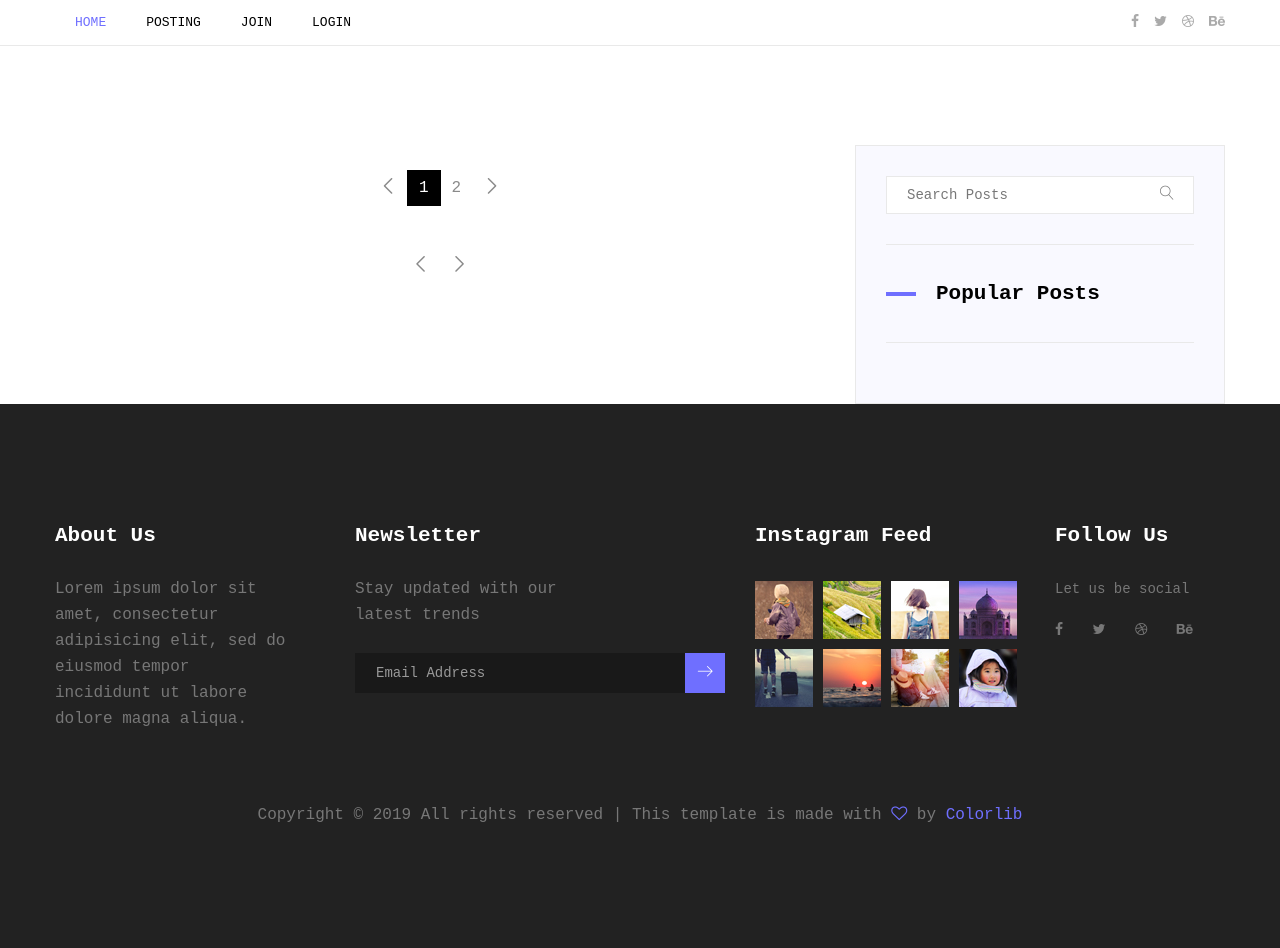
Repository: heonyKim/JSP
Page: http://localhost/blog/board?cmd=list&page=1
An editor plug-in stored every save of this project. The page is shown before and after the next save, followed by the edit.
The browser window is 1280 px wide. The pictures show the whole page.
Some web fonts or font styles are not loaded; a fallback is used. The page is served by Tomcat 9. Other server files are loaded and not shown. Queries for data that is not in the repository find no rows.

Above is the page before, as saved 2019-11-01 00:33:00.

### blog_project/blog/WebContent/board/list.jsp
<%@ page language="java" contentType="text/html; charset=UTF-8" pageEncoding="UTF-8"%>
<%@ taglib prefix="c" uri="http://java.sun.com/jsp/jstl/core"%>


<!-- import nav.jsp -->
<%@ include file="/include/nav.jsp"%>

<!--================Blog Area =================-->
<section class="blog_area">
	<div class="container">
		<div class="row">
			<div class="col-lg-8">
				<div class="blog_left_sidebar">


					<!-- 페이징 하기 -->
					<nav class="blog-pagination justify-content-center d-flex">
						<ul class="pagination">

							<c:if test="${param.page gt 0}">
							<li class="page-item"><a href="/blog/board?cmd=list&page=${param.page-1}" class="page-link" aria-label="Previous"> <span aria-hidden="true"> <span class="lnr lnr-chevron-left"></span>
								</span>
							</a>
							</li>
							</c:if>

							<c:if test="${param.page-1 gt 0}">
								<li class="page-item"><a href="#" class="page-link">${param.page-1}</a></li>
							</c:if>

							<li class="page-item active"><a href="#" class="page-link">${param.page}</a></li>
							<li class="page-item"><a href="#" class="page-link">${param.page+1}</a></li>



							<li class="page-item"><a href="/blog/board?cmd=list&page=${param.page+1}" class="page-link" aria-label="Next"> <span aria-hidden="true"> <span class="lnr lnr-chevron-right"></span>
								</span>
							</a></li>
						</ul>
					</nav>
					<!-- 페이징 끝 -->

					<c:forEach var="board" items="${boards}">
						<!--시작-->
						<article class="blog_style1">
							<div class="blog_img">
								<img class="img-fluid" style="width: 100%; max-height: 340px;" src="${board.previewImg}" alt="">
							</div>
							<div class="blog_text">
								<div class="blog_text_inner">
									<div class="cat">
										<a class="cat_btn" href="#">${board.username }</a> <a href="#"><i class="fa fa-calendar" aria-hidden="true"></i> ${board.createDate }</a> <a href="#"><i class="fa fa-comments-o"
											aria-hidden="true"></i> ${board.readCount }</a>
									</div>
									<a href="#"><h4>${board.title}</h4></a>
									<div class="board_list_content">${board.content }</div>
									<a class="blog_btn" href="/blog/board?cmd=detail&id=${board.id}">Read More</a>
								</div>
							</div>
						</article>
						<!--끄읕 -->
					</c:forEach>


					<!-- 페이징 하기 -->
					<nav class="blog-pagination justify-content-center d-flex">
						<ul class="pagination">
							<li class="page-item"><a href="/blog/board?cmd=list&page=${param.page-1}" class="page-link" aria-label="Previous"> <span aria-hidden="true"> <span class="lnr lnr-chevron-left"></span>
								</span>
							</a></li>

							<li class="page-item"><a href="/blog/board?cmd=list&page=${param.page+1}" class="page-link" aria-label="Next"> <span aria-hidden="true"> <span class="lnr lnr-chevron-right"></span>
								</span>
							</a></li>
						</ul>
					</nav>
					<!-- 페이징 끝 -->

				</div>
			</div>
			<div class="col-lg-4">
				<div class="blog_right_sidebar">
					<aside class="single_sidebar_widget search_widget">
						<div class="input-group">
							<input type="text" class="form-control" placeholder="Search Posts"> <span class="input-group-btn">
								<button class="btn btn-default" type="button">
									<i class="lnr lnr-magnifier"></i>
								</button>
							</span>
						</div>
						<!-- /input-group -->
						<div class="br"></div>
					</aside>

					<aside class="single_sidebar_widget popular_post_widget">
						<h3 class="widget_title">Popular Posts</h3>


						<!-- 인기게시물 TOP3 -->
						<c:forEach var="board" items="${hotBoards}">

							<div class="media post_item">
								<img src="${board.previewImg}" width="100px" height="60px" alt="post">
								<div class="media-body">
									<a href="/blog/board?cmd=detail&id=${board.id}"><h3>${board.title }</h3></a>
									<p>${board.createDate}</p>
								</div>
							</div>

						</c:forEach>
						<!-- 인기게시물 TOP3 -->


						<div class="br"></div>
					</aside>
				</div>
			</div>
		</div>
	</div>
</section>


<!--================Blog Area =================-->

<!-- import footer.jsp -->
<%@ include file="/include/footer.jsp"%>

### blog_project/blog/WebContent/include/nav.jsp
<%@ page language="java" contentType="text/html; charset=UTF-8" pageEncoding="UTF-8"%>
<%@ taglib prefix="c" uri="http://java.sun.com/jsp/jstl/core"%>
<!doctype html>
<html lang="en">
<head>
<!-- Required meta tags -->
<meta charset="utf-8">
<meta name="viewport" content="width=device-width, initial-scale=1, shrink-to-fit=no">
<link rel="icon" href="/blog/img/favicon.png" type="image/png">
<title>Blog</title>
<!-- Bootstrap CSS -->
<link rel="stylesheet" href="/blog/css/bootstrap.css">
<link rel="stylesheet" href="/blog/vendors/linericon/style.css">
<link rel="stylesheet" href="/blog/css/font-awesome.min.css">
<link rel="stylesheet" href="/blog/vendors/owl-carousel/owl.carousel.min.css">
<link rel="stylesheet" href="/blog/vendors/lightbox/simpleLightbox.css">
<link rel="stylesheet" href="/blog/vendors/nice-select/css/nice-select.css">
<link rel="stylesheet" href="/blog/vendors/animate-css/animate.css">
<link rel="stylesheet" href="/blog/vendors/jquery-ui/jquery-ui.css">
<!-- main css -->
<link rel="stylesheet" href="/blog/css/style.css">
<link rel="stylesheet" href="/blog/css/responsive.css">
<style>
.board_list_content {
	display:block;
	display: -webkit-box;
	-webkit-box-orient: vertical;
	text-align: left;
	overflow: hidden;
	text-overflow: ellipsis;
	white-space: normal;
	line-height: 1.4;
	height : 2.6em;
	-webkit-line-clamp: 2;
	margin-bottom: 20px;
	word-break: break-all;
}
</style>
</head>
<body>

	<!--================Header Menu Area =================-->
	<header class="header_area">
		<div class="main_menu">
			<nav class="navbar navbar-expand-lg navbar-light">
				<div class="container box_1620">
					<!-- Brand and toggle get grouped for better mobile display -->
					<a class="navbar-brand logo_h" href="/blog/index.jsp"><img src="/blog/img/logo.png" alt=""></a>
					<button class="navbar-toggler" type="button" data-toggle="collapse" data-target="#navbarSupportedContent" aria-controls="navbarSupportedContent" aria-expanded="false"
						aria-label="Toggle navigation">
						<span class="icon-bar"></span> <span class="icon-bar"></span> <span class="icon-bar"></span>
					</button>
					<!-- Collect the nav links, forms, and other content for toggling -->
					<div class="collapse navbar-collapse offset" id="navbarSupportedContent">
						<ul class="nav navbar-nav menu_nav">
							<li class="nav-item active"><a class="nav-link" href="/blog/index.jsp">Home</a></li>
							<li class="nav-item"><a class="nav-link" href="/blog/board/write.jsp">Posting</a></li>




							<c:choose>
								<c:when test="${empty sessionScope.user}">
									<li class="nav-item"><a class="nav-link" href="/blog/user/join.jsp">Join</a></li>
									<li class="nav-item"><a class="nav-link" href="/blog/user/login.jsp">LOGIN</a></li>

								</c:when>
								<c:otherwise>
									<li class="nav-item"><a class="nav-link" href="/blog/user/update.jsp">PROFILE</a></li>
									<li class="nav-item"><a class="nav-link" href="/blog/user?cmd=logout">LOGOUT</a></li>
								</c:otherwise>
							</c:choose>



						</ul>
						<ul class="nav navbar-nav navbar-right header_social ml-auto">
							<li class="nav-item"><a href="#"><i class="fa fa-facebook"></i></a></li>
							<li class="nav-item"><a href="#"><i class="fa fa-twitter"></i></a></li>
							<li class="nav-item"><a href="#"><i class="fa fa-dribbble"></i></a></li>
							<li class="nav-item"><a href="#"><i class="fa fa-behance"></i></a></li>
						</ul>
					</div>
				</div>
			</nav>
		</div>

	</header>
	<!--================Header Menu Area =================-->

### blog_project/blog/WebContent/include/footer.jsp
<%@ page language="java" contentType="text/html; charset=UTF-8" pageEncoding="UTF-8"%>
<!DOCTYPE html>
<html>
<head>
<meta charset="UTF-8">
<title>Insert title here</title>
</head>
<body>
	<!--================ start footer Area  =================-->
	<footer class="footer-area p_120">
		<div class="container">
			<div class="row">
				<div class="col-lg-3  col-md-6 col-sm-6">
					<div class="single-footer-widget">
						<h6 class="footer_title">About Us</h6>
						<p>Lorem ipsum dolor sit amet, consectetur adipisicing elit, sed do eiusmod tempor incididunt ut labore dolore magna aliqua.</p>
					</div>
				</div>
				<div class="col-lg-4 col-md-6 col-sm-6">
					<div class="single-footer-widget">
						<h6 class="footer_title">Newsletter</h6>
						<p>Stay updated with our latest trends</p>
						<div id="mc_embed_signup">
							<form target="_blank" action="https://spondonit.us12.list-manage.com/subscribe/post?u=1462626880ade1ac87bd9c93a&amp;id=92a4423d01" method="get" class="subscribe_form relative">
								<div class="input-group d-flex flex-row">
									<input name="EMAIL" placeholder="Email Address" onfocus="this.placeholder = ''" onblur="this.placeholder = 'Email Address '" required="" type="email">
									<button class="btn sub-btn">
										<span class="lnr lnr-arrow-right"></span>
									</button>
								</div>
								<div class="mt-10 info"></div>
							</form>
						</div>
					</div>
				</div>
				<div class="col-lg-3 col-md-6 col-sm-6">
					<div class="single-footer-widget instafeed">
						<h6 class="footer_title">Instagram Feed</h6>
						<ul class="list instafeed d-flex flex-wrap">
							<li><img src="/blog/img/instagram/Image-01.jpg" alt=""></li>
							<li><img src="/blog/img/instagram/Image-02.jpg" alt=""></li>
							<li><img src="/blog/img/instagram/Image-03.jpg" alt=""></li>
							<li><img src="/blog/img/instagram/Image-04.jpg" alt=""></li>
							<li><img src="/blog/img/instagram/Image-05.jpg" alt=""></li>
							<li><img src="/blog/img/instagram/Image-06.jpg" alt=""></li>
							<li><img src="/blog/img/instagram/Image-07.jpg" alt=""></li>
							<li><img src="/blog/img/instagram/Image-08.jpg" alt=""></li>
						</ul>
					</div>
				</div>
				<div class="col-lg-2 col-md-6 col-sm-6">
					<div class="single-footer-widget f_social_wd">
						<h6 class="footer_title">Follow Us</h6>
						<p>Let us be social</p>
						<div class="f_social">
							<a href="#"><i class="fa fa-facebook"></i></a> <a href="#"><i class="fa fa-twitter"></i></a> <a href="#"><i class="fa fa-dribbble"></i></a> <a href="#"><i class="fa fa-behance"></i></a>
						</div>
					</div>
				</div>
			</div>
			<div class="row footer-bottom d-flex justify-content-between align-items-center">
				<p class="col-lg-12 footer-text text-center">
					<!-- Link back to Colorlib can't be removed. Template is licensed under CC BY 3.0. -->
					Copyright &copy;
					<script>
						document.write(new Date().getFullYear());
					</script>
					All rights reserved | This template is made with <i class="fa fa-heart-o" aria-hidden="true"></i> by <a href="https://colorlib.com" target="_blank">Colorlib</a>
					<!-- Link back to Colorlib can't be removed. Template is licensed under CC BY 3.0. -->
				</p>
			</div>
		</div>
	</footer>
	<!--================ End footer Area  =================-->




	<!-- Optional JavaScript -->
	<!-- jQuery first, then Popper.js, then Bootstrap JS -->
	<script src="/blog/js/jquery-3.2.1.min.js"></script>
	<script src="/blog/js/popper.js"></script>
	<script src="/blog/js/bootstrap.min.js"></script>
	<script src="/blog/js/stellar.js"></script>
	<script src="/blog/vendors/lightbox/simpleLightbox.min.js"></script>
	<script src="/blog/vendors/nice-select/js/jquery.nice-select.min.js"></script>
	<script src="/blog/vendors/isotope/imagesloaded.pkgd.min.js"></script>
	<script src="/blog/vendors/isotope/isotope-min.js"></script>
	<script src="/blog/vendors/owl-carousel/owl.carousel.min.js"></script>
	<script src="/blog/vendors/jquery-ui/jquery-ui.js"></script>
	<script src="/blog/js/jquery.ajaxchimp.min.js"></script>
	<script src="/blog/js/mail-script.js"></script>
	<script src="/blog/js/theme.js"></script>
	<script src=""></script>
	<script src=""></script>
</body>
</html>

### blog_project/blog/src/com/cos/controller/BoardController.java
package com.cos.controller;

import java.io.IOException;

import javax.servlet.ServletException;
import javax.servlet.annotation.WebServlet;
import javax.servlet.http.HttpServlet;
import javax.servlet.http.HttpServletRequest;
import javax.servlet.http.HttpServletResponse;

import com.cos.action.Action;
import com.cos.action.board.BoardFactory;
import com.cos.action.user.UserFactory;

/*
 *  http://localhost:8000/blog/board?cmd=list
 */

@WebServlet("/board")
public class BoardController extends HttpServlet {
	private static final long serialVersionUID = 1L;

    public BoardController() { super();}

	protected void doGet(HttpServletRequest request, HttpServletResponse response) throws ServletException, IOException {
		//1. 들어오는 모든 문자를 UTF-8로 인코딩
		request.setCharacterEncoding("UTF-8");
		//2. command 처리
		String cmd = request.getParameter("cmd");
		//3. command 검증
		if(cmd == null || cmd.equals("")) {
			cmd = "list";
		}
		//4. Factory 연결
		Action action = BoardFactory.getAction(cmd);
		//5. execute 실행
		if(action != null) {
			action.execute(request, response);
		}
	}


	protected void doPost(HttpServletRequest request, HttpServletResponse response) throws ServletException, IOException {
		doGet(request, response);
	}
}

### blog_project/blog/src/com/cos/action/board/BoardFactory.java
package com.cos.action.board;

import com.cos.action.Action;
import com.cos.action.BoardWriteAction;

public class BoardFactory {
	public static Action getAction(String cmd) {

		if(cmd.equals("write")){
			return new BoardWriteAction();
		}else if(cmd.equals("list")){
			return new BoardListAction();
		}else if(cmd.equals("detail")) {
			return new BoardDetailAction();
		}else if(cmd.equals("delete")) {
			return new BoardDeleteAction();
		}else if(cmd.equals("updateForm")) {
			return new BoardUpdateFormAction();
		}else if(cmd.equals("updateBoard")) {
			return new BoardUpdateBoard();
		}

		return null;
	}
}

### blog_project/blog/src/com/cos/action/Action.java
package com.cos.action;

import java.io.IOException;
import javax.servlet.ServletException;
import javax.servlet.http.HttpServletRequest;
import javax.servlet.http.HttpServletResponse;

public interface Action {
	public void execute(HttpServletRequest request, HttpServletResponse response) throws ServletException, IOException;
}

### blog_project/blog/src/com/cos/action/board/BoardListAction.java
package com.cos.action.board;

import java.io.IOException;
import java.util.ArrayList;
import java.util.List;

import javax.servlet.RequestDispatcher;
import javax.servlet.ServletException;
import javax.servlet.http.HttpServletRequest;
import javax.servlet.http.HttpServletResponse;

import com.cos.action.Action;
import com.cos.dao.BoardDao;
import com.cos.model.Board;
import com.cos.util.Utils;

public class BoardListAction implements Action{

	private final static String TAG="BoardListAction : ";

	@Override
	public void execute(HttpServletRequest request, HttpServletResponse response) throws ServletException, IOException {

		if(request.getParameter("page")==null) return;

		int page = Integer.parseInt(request.getParameter("page"));


		//page<=0 혹은 page>maxNum 버튼 비활성화

		if(page <=0) {
			page = 1;
		}

		BoardDao bDao = new BoardDao();
		List<Board> boards = bDao.findAll(page);
		List<Board> hotBoards = bDao.findOrderByReadCountDesc();

		Utils.setPreviewImg(boards);		//이미지를 previewImg에 저장
		Utils.setPreviewContent(boards);	//이미지 태그 제거
		Utils.setPreviewImg(hotBoards);		//이미지를 prviewImg에 저장(추가)

		request.setAttribute("boards", boards);
		request.setAttribute("hotBoards", hotBoards);

		RequestDispatcher dis =request.getRequestDispatcher("/board/list.jsp");
		dis.forward(request, response);
	}

}

### blog_project/blog/src/com/cos/dao/DBConn.java
package com.cos.dao;

import java.sql.Connection;

import javax.naming.Context;
import javax.naming.InitialContext;
import javax.sql.DataSource;

public class DBConn {
	public static Connection getConnection() {


		try {
			Context initContext = new InitialContext();
			Context envContext  = (Context)initContext.lookup("java:/comp/env");
			DataSource ds = (DataSource)envContext.lookup("jdbc/TestDB");
			Connection conn = ds.getConnection();
			System.out.println("DB 연결성공");
			return conn;
		} catch (Exception e) {
			System.out.println("DB 연결실패");
			e.printStackTrace();
		}
		return null;

	}
}

### blog_project/blog/src/com/cos/util/DBClose.java
package com.cos.util;

import java.sql.Connection;
import java.sql.PreparedStatement;
import java.sql.ResultSet;
import java.sql.SQLException;

public class DBClose {

	/*
	 * DML(INSERT,UPDATE,DELETE) CLOSE
	 */
	public static void close(Connection conn, PreparedStatement pstmt) {
		try {
			conn.close();
			pstmt.close();
		} catch (SQLException e) {
			e.printStackTrace();
		}
	}



	/*
	 * DQL(SELECT) CLOSE
	 */
	public static void close(Connection conn, PreparedStatement pstmt, ResultSet rs) {
		try {
			conn.close();
			pstmt.close();
			rs.close();
		} catch (SQLException e) {
			e.printStackTrace();
		}
	}



}

### blog_project/blog/src/com/cos/util/Utils.java
package com.cos.util;

import java.util.List;

import org.jsoup.Jsoup;
import org.jsoup.nodes.Document;
import org.jsoup.nodes.Element;
import org.jsoup.select.Elements;
import org.junit.jupiter.api.Test;

import com.cos.model.Board;

public class Utils {

	// 미리보기 내용을 세팅하기
	public static void setPreviewContent(List<Board> boards) {

		for (Board board : boards) {

			Document doc = Jsoup.parse(board.getContent()); // 원하는 String을 HTML 형식으로 문서화
			Elements ets = doc.select("img");

			if (ets != null) {
				for (Element et : ets) {
					et.remove();
				}
			}
			board.setContent(doc.toString());
		}

	}

	// 미리보기 이미지 세팅하기

	public static void setPreviewImg(List<Board> boards) {

		for (Board board : boards) {

			Document doc = Jsoup.parse(board.getContent());

			Element uet = doc.selectFirst("a");
			Element et = doc.selectFirst("img");

			if (et != null) {

				String previewImg = et.attr("src"); // https://~

				board.setPreviewImg(previewImg);

			} else if (uet != null) {
				String href = uet.attr("href");
				if (href.contains("https://www.youtube.com/watch")) {
					String video[] = href.split("=");
					String v = video[1];
					String youtubeThumbnail = "https://img.youtube.com/vi/" + v + "/hqdefault.jpg";
					board.setPreviewImg(youtubeThumbnail);
				}

			} else {
				board.setPreviewImg("/blog/img/home-blog/blog-1.jpg");
			}
		}

	}

	// 유튜브 미리보기화면 세팅하기
	public static void setPreviewYoutube(Board board) {

		Document doc = Jsoup.parse(board.getContent());
//		System.out.println(doc);
		Elements ets = doc.select("a");

		if (ets != null) {
			for (Element et : ets) {
				String href = et.attr("href");
//				System.out.println("href : " + href);
				if (href.contains("https://www.youtube.com/watch") && !et.text().equals("")) {
					String video[] = href.split("=");
					String v = video[1];
//					System.out.println(v);

					String iframe = "<br><iframe src = 'https://www.youtube.com/embed/" + v + "' "
							+ "width='600px' height='350px' allowfullscreen>";
//					System.out.println(iframe);

					et.after(iframe);
//					System.out.println(et.after(doc));

				}
				board.setContent(doc.toString());// board 완성
			}
		} // end of if

	}// end of function

	@Test
	public void previewYoutubeTest() {

		String content = "<a href = 'https://www.youtube.com/watch?v=ysAnT3QBLZE'>https://www.youtube.com/watch?v=ysAnT3QBLZE</a>";
		Document doc = Jsoup.parse(content);
//		System.out.println(doc);
		Elements ets = doc.select("a");

		if (ets != null) {
			for (Element et : ets) {
				String href = et.attr("href");

				System.out.println(et.text());

//				System.out.println("href : " + href);
				if (href.contains("https://" + "www.youtube.com/watch")) {
					String video[] = href.split("=");
					String v = video[1];
//					System.out.println(v);
					String iframe = "<br><iframe src = 'https://www.youtube.com/embed/" + v + "' "
							+ "width='600px' height='350px' allowfullscreen>";
//					System.out.println(iframe);
					et.after(iframe);
					System.out.println("");
					System.out.println(doc.toString());
				}

			}
		} // end of if

	}// end of function

}

Loaded but not shown: blog_project/blog/WebContent/css/bootstrap.css (library); blog_project/blog/WebContent/vendors/linericon/style.css (library); blog_project/blog/WebContent/css/font-awesome.min.css (library); blog_project/blog/WebContent/vendors/owl-carousel/owl.carousel.min.css (common file); blog_project/blog/WebContent/vendors/lightbox/simpleLightbox.css (library); blog_project/blog/WebContent/vendors/nice-select/css/nice-select.css (library); blog_project/blog/WebContent/vendors/animate-css/animate.css (library); blog_project/blog/WebContent/vendors/jquery-ui/jquery-ui.css (library); blog_project/blog/WebContent/js/jquery-3.2.1.min.js (library); blog_project/blog/WebContent/js/popper.js (library); blog_project/blog/WebContent/js/bootstrap.min.js (library); blog_project/blog/WebContent/js/stellar.js (library); blog_project/blog/WebContent/vendors/lightbox/simpleLightbox.min.js (library); blog_project/blog/WebContent/vendors/nice-select/js/jquery.nice-select.min.js (common file); blog_project/blog/WebContent/vendors/isotope/imagesloaded.pkgd.min.js (library); blog_project/blog/WebContent/vendors/isotope/isotope-min.js (library); blog_project/blog/WebContent/vendors/owl-carousel/owl.carousel.min.js (library); blog_project/blog/WebContent/vendors/jquery-ui/jquery-ui.js (library); blog_project/blog/WebContent/js/jquery.ajaxchimp.min.js (library); blog_project/blog/WebContent/js/theme.js (283 lines, source omitted); blog_project/blog/WebContent/js/mail-script.js (31 lines, source omitted); blog_project/blog/WebContent/css/style.css (3905 lines, source omitted); blog_project/blog/WebContent/css/responsive.css (373 lines, source omitted); blog_project/blog/src/com/cos/dao/BoardDao.java (222 lines, source omitted)

After the next save:
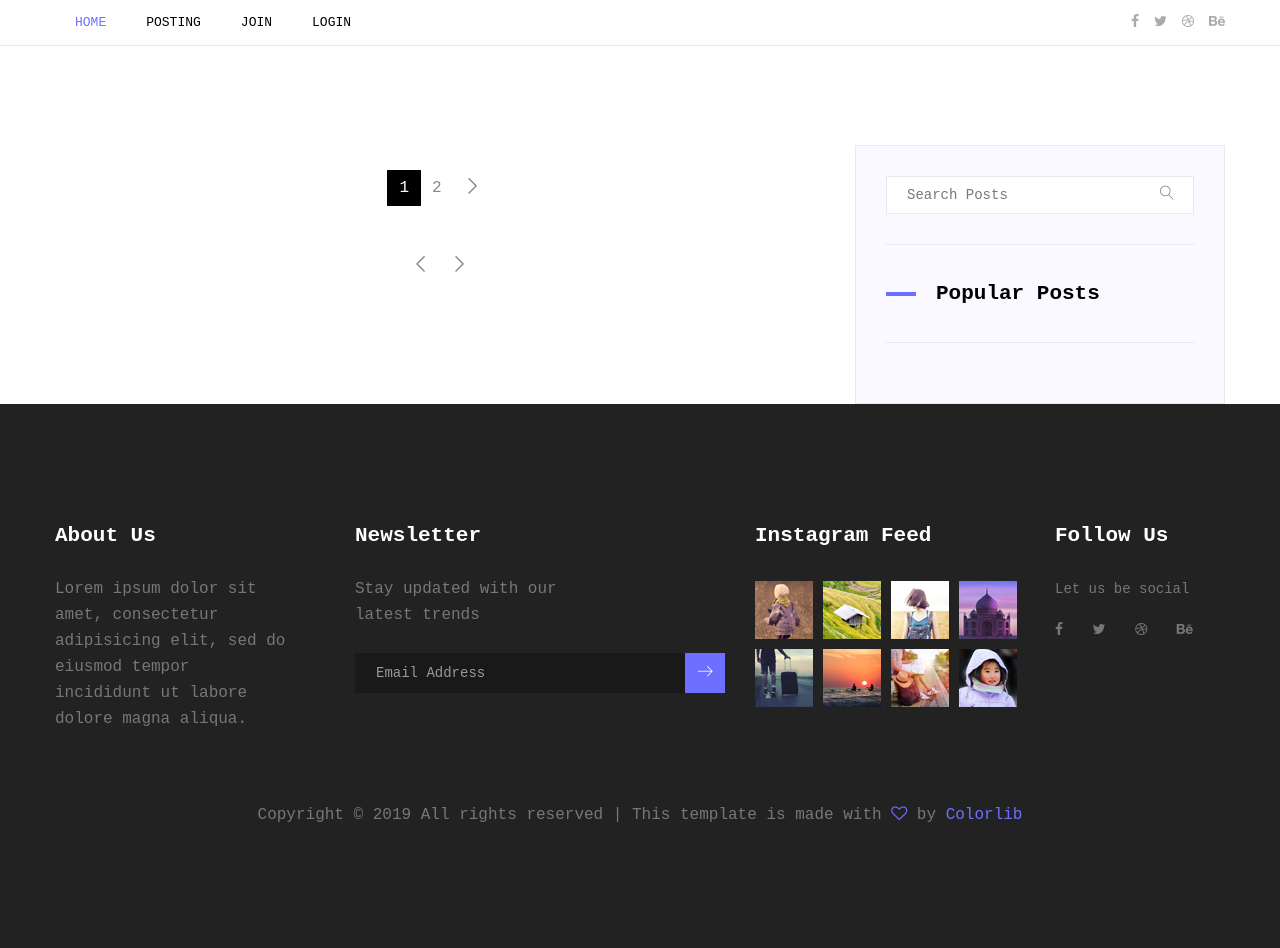
Saved 13 s later.
--- a/blog_project/blog/WebContent/board/list.jsp
+++ b/blog_project/blog/WebContent/board/list.jsp
@@ -17,7 +17,7 @@
 					<nav class="blog-pagination justify-content-center d-flex">
 						<ul class="pagination">
 
-							<c:if test="${param.page gt 0}">
+							<c:if test="${param.page gt 1}">
 							<li class="page-item"><a href="/blog/board?cmd=list&page=${param.page-1}" class="page-link" aria-label="Previous"> <span aria-hidden="true"> <span class="lnr lnr-chevron-left"></span>
 								</span>
 							</a>
